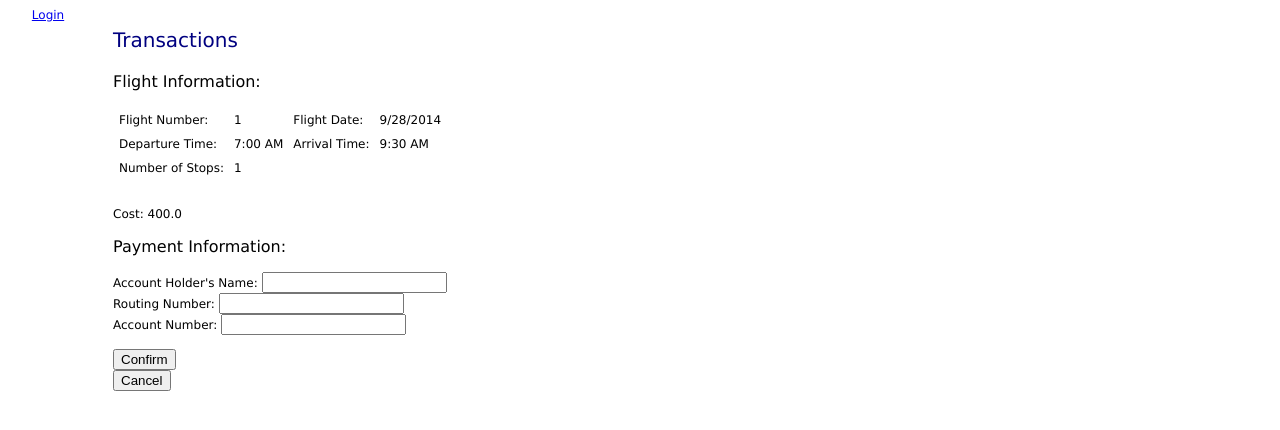
Repository: jliu9000/CSE-464---Flight-Pages
Page: http://localhost/HW1/Transaction.jsp
An editor plug-in stored every save of this project. The page is shown before and after the next save, followed by the edit.
The browser window is 1280 px wide. The pictures show the whole page.
The page is served by Tomcat 9. Other server files are loaded and not shown.

Above is the page before, as saved 2014-09-22 22:01:19.

### HW1/WebContent/Transaction.jsp
<%@ page language="java" contentType="text/html; charset=ISO-8859-1"
    pageEncoding="ISO-8859-1"%>
<!DOCTYPE html PUBLIC "-//W3C//DTD HTML 4.01 Transitional//EN" "http://www.w3.org/TR/html4/loose.dtd">
<html>
<head>
<%@ page import="flight.bizlogic.*"%>
<meta http-equiv="Content-Type" content="text/html; charset=ISO-8859-1">
<link rel="stylesheet" type="text/css" href="CSS/FlightStyles.css">
<title>Transaction</title>
</head>

<body>
	<div class='sidebar'>
		<a id="login" href="login.jsp">
		<%=session.getAttribute("nUserID") != null ? "Logout" : "Login"%>
		</a>
	</div>

	<%
		RecordFactory records = new RecordFactory(1);
		FlightRecord r = records.TestRecord();
	%>

	<div class='main'>
		<p class='PageTitle'>Transactions</p>
		<p class='subheading'>Flight Information:</p>
		<table>
			<tr>
				<td>Flight Number: </td><td><%=r.getID() %></td>
				<td>Flight Date: </td><td><%=r.getDateOfTravel() %></td>
			</tr>
			<tr>
				<td>Departure Time:</td><td><%=r.getDepartureTime() %></td>
				<td>Arrival Time:</td><td><%=r.getArrivalTime() %></td>
			</tr>
			<tr>
				<td>Number of Stops:</td><td><%=r.getNumberOfStops() %></td>
				<td></td><td></td>
			</tr>
		</table>
		<br>
		<p>Cost: <%=r.getCost() %></p>

		<p class='subheading'>Payment Information:</p>



		<form action='TransactionConfirmation.jsp' method=post>
			Account Holder's Name: <input type="text" name="sAcctName">
			<br>
			Routing Number: <input type="text" name="nRoutingNumber">
			<br>
			Account Number: <input type="text" name="nAccountNumber">
			<br>
			<br>
			<input type="submit" value="Confirm"></input>
		</form>
		<a href="FlightSearch.jsp"><button>Cancel</button></a>

	</div>





</body>





</html>

### HW1/src/flight/bizlogic/RecordFactory.java
package flight.bizlogic;
import java.util.ArrayList;



public class RecordFactory {
	//Master list
	private ArrayList<FlightRecord> oRecordsList;
	private int nTotalRecords;

	//Lists for record generation
	private String sListOfLocations[] = {"New York City, New York","Dallas, Texas","Sacramento, California",
			"Chicago, Illinois","Lincoln, Nebraska","Denver, Colorado","Atlanta, Georgia"};
	private int sListOfYears[] ={2014,2015,2016};
	private String sListOfClass[] ={"First Class", "Business", "Economy"};

	//Static test record
	private FlightRecord _oTestRecord = new FlightRecord(1, "Lincoln, NE", "Baltimore, MD", "9/28/2014", 52, "First Class",
			"7:00 AM", "9:30 AM", 1, 400.00);

	public RecordFactory(int nTotalRecords){

		//use nTotalRecords <= 0 for a random number of 1 to 50 records
		if (nTotalRecords <= 0){
			this.nTotalRecords = (int) Math.round(Math.random() * 49) + 1;
		}else{
			this.nTotalRecords = nTotalRecords;
		}

		oRecordsList = new ArrayList<FlightRecord>();

	}

	public void generateRecords(){

		for (int i = 0; i<= nTotalRecords; i++){
			oRecordsList.add(getSingleRecord());
		}

	}

	public FlightRecord getSingleRecord(){
		String sFormatedMonth;
		int nYear, nMonth, nDay, nSeats, nClass, nSource, nDestination, nID;

		nMonth = (int) Math.ceil(Math.random() * 12);
		nDay = (int) Math.round(Math.random() * 28);
		nYear = (int) Math.round(Math.random() * 2);
		sFormatedMonth = nMonth + "/" +nDay +"/" +sListOfYears[nYear];

		nSeats = (int) Math.round(Math.random() * 100);
		nClass = (int) Math.round(Math.random()*2);
		nSource = (int) Math.round(Math.random()*6);
		nDestination = (int) Math.round(Math.random() * 6);
		//destination cannot equal source
		while (nDestination == nSource){
			nDestination = (int) Math.round(Math.random() * 6);
		}

		return new FlightRecord(sListOfLocations[nSource], sListOfLocations[nDestination], sFormatedMonth, nSeats, sListOfClass[nClass]);

	}





	public String toHTMLTableRow(int nRow){
		FlightRecord r;
		String sHTMLRow;
		if (nRow < oRecordsList.size()){
			r = oRecordsList.get(nRow);
		}else{
			return "";
		}

		sHTMLRow = "<td>" +r.getID() +"</td>";
		sHTMLRow += "<td>" +r.getDateOfTravel() +"</td>";
		sHTMLRow += "<td>" +r.getDepartureTime() +"</td>";
		sHTMLRow += "<td>" +r.getArrivalTime() +"</td>";
		sHTMLRow += "<td>" +r.getNumberOfStops() +"</td>";
		sHTMLRow += "<td> $" +r.getCost() +"</td>";

		return sHTMLRow;
	}

	public FlightRecord TestRecord() {
		return _oTestRecord;
	}

	public int TotalRecords(){
		return nTotalRecords;

	}

	public ArrayList<FlightRecord> getRecords(){

		return oRecordsList;
	}
}

### HW1/src/flight/bizlogic/FlightRecord.java
package flight.bizlogic;

public class FlightRecord {
	private String sSource;
	private String sDestination;
	private String sDateOfTravel;
	private String sClass;
	private int nSeats;
	private String sDepartureTime;
	private String sArrivalTime;
	private int nNumberOfStops;
	private double dCost;
	private int nID;


	public FlightRecord(String sSource, String sDestination, String sDateOfTravel, int nSeats,
			String sClass){
		this.sSource = sSource;
		this.sDestination = sDestination;
		this.sDateOfTravel = sDateOfTravel;
		this.nSeats = nSeats;
		this.sClass = sClass;
		fillRecord();
	}

	public FlightRecord(int nID, String sSource, String sDestination, String sDateOfTravel, int nSeats,
			String sClass, String sDepartureTime, String sArrivalTime, int nNumberOfStops, double dCost){
		this.nID = nID;
		this.sSource = sSource;
		this.sDestination = sDestination;
		this.sDateOfTravel = sDateOfTravel;
		this.nSeats = nSeats;
		this.sClass = sClass;
		this.sDepartureTime = sDepartureTime;
		this.sArrivalTime = sArrivalTime;
		this.nNumberOfStops = nNumberOfStops;
		this.dCost = dCost;

	}


	//fill missing fields w/ random numbers
	private void fillRecord(){
		int nHour;
		int dMin;
		nID = (int) Math.round(Math.random()*1000);
		nHour = (int) Math.round(Math.random() * 11) + 1;
		dMin =  (int) Math.round(Math.random() * 60);
		sDepartureTime =  nHour +":" +dMin +" " +(Math.random() > .5 ? "AM" : "PM");
		nHour = (int) Math.round(Math.random() * 11) + 1;
		dMin = (int) Math.round(Math.random() * 60);
		sArrivalTime =  nHour +":" +dMin +" " +(Math.random() > .5 ? "AM" : "PM");
		nNumberOfStops = (int) Math.round(Math.random() * 4);
		dCost =  Math.round(Math.random() * 1000) + 50;
	}



	public String getDepartureTime() {
		return sDepartureTime;
	}


	public String getArrivalTime() {
		return sArrivalTime;
	}


	public int getNumberOfStops() {
		return nNumberOfStops;
	}


	public double getCost() {
		return dCost;
	}


	public int getID() {
		return nID;
	}



	public String getSource() {
		return sSource;
	}

	public String getDestination() {
		return sDestination;
	}

	public String getDateOfTravel() {
		return sDateOfTravel;
	}

	public String getFlightClass() {
		return sClass;
	}

	public int getSeats() {
		return nSeats;
	}






}

### HW1/WebContent/CSS/FlightStyles.css
@CHARSET "ISO-8859-1";

body {
	font-family: "Verdana";
	font-size:12px;

}

div.sidebar {
	float: left;
	width: 80px;
	padding-right: 25px;
	text-align: center;
}
div.main {
	float: left;
}

p {
    font-size: 12px;

}

p.PageTitle {
    font-size: 20px;
    color: navy;
    font-style: bold;
}

p.subheading {
	font-size: 16px;

}

p.message {
	color: red;
	text-align: center;
}

table {


}

th {
    background-color: #1975FF;
    color: white;
    padding: 4px;
    padding-left: 8px;
	padding-right: 8px;

}

tr {
}

tr.repeatalt {
	border: 1px solid #3C5E8F;
	background-color: #E6E6E6;

}

td.repeat {
	padding: 2px;
	padding-left: 5px;
	padding-right: 5px;
	background-color: #CCE0FF;
}

td.button{
	text-align: center;
}

td{
	text-align: left;
	padding: 4px;

}

td.key{
	font-weight: bold;
}


a.navibar{

}


#login {
    font-size:12px;
}

After the next save:
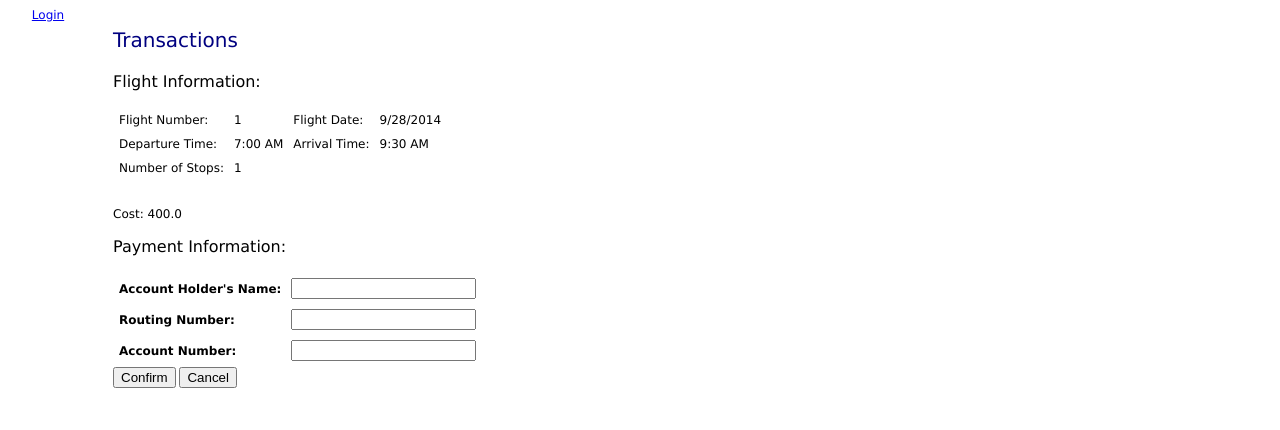
Saved 2 min 12 s later.
--- a/HW1/WebContent/Transaction.jsp
+++ b/HW1/WebContent/Transaction.jsp
@@ -44,19 +44,22 @@
 		<p class='subheading'>Payment Information:</p>
 
 
-
-		<form action='TransactionConfirmation.jsp' method=post>
-			Account Holder's Name: <input type="text" name="sAcctName">
-			<br>
-			Routing Number: <input type="text" name="nRoutingNumber">
-			<br>
-			Account Number: <input type="text" name="nAccountNumber">
-			<br>
-			<br>
-			<input type="submit" value="Confirm"></input>
-		</form>
-		<a href="FlightSearch.jsp"><button>Cancel</button></a>
-
+		<table>
+			<form action='TransactionConfirmation.jsp' method=post>
+				<tr>
+					<td class='key'>Account Holder's Name: </td><td><input type="text" name="sAcctName"></td>
+				</tr>
+				<tr>
+					<td class='key'>Routing Number: </td><td><input type="text" name="nRoutingNumber"></td>
+				</tr>
+				<tr>
+					<td class='key'>Account Number: </td><td><input type="text" name="nAccountNumber"></td>
+				</tr>
+		</table>
+				<input type="submit" value="Confirm"></input>
+			</form>
+			<a href="FlightSearch.jsp"><button>Cancel</button></a>
+		</table>
 	</div>
 
 
